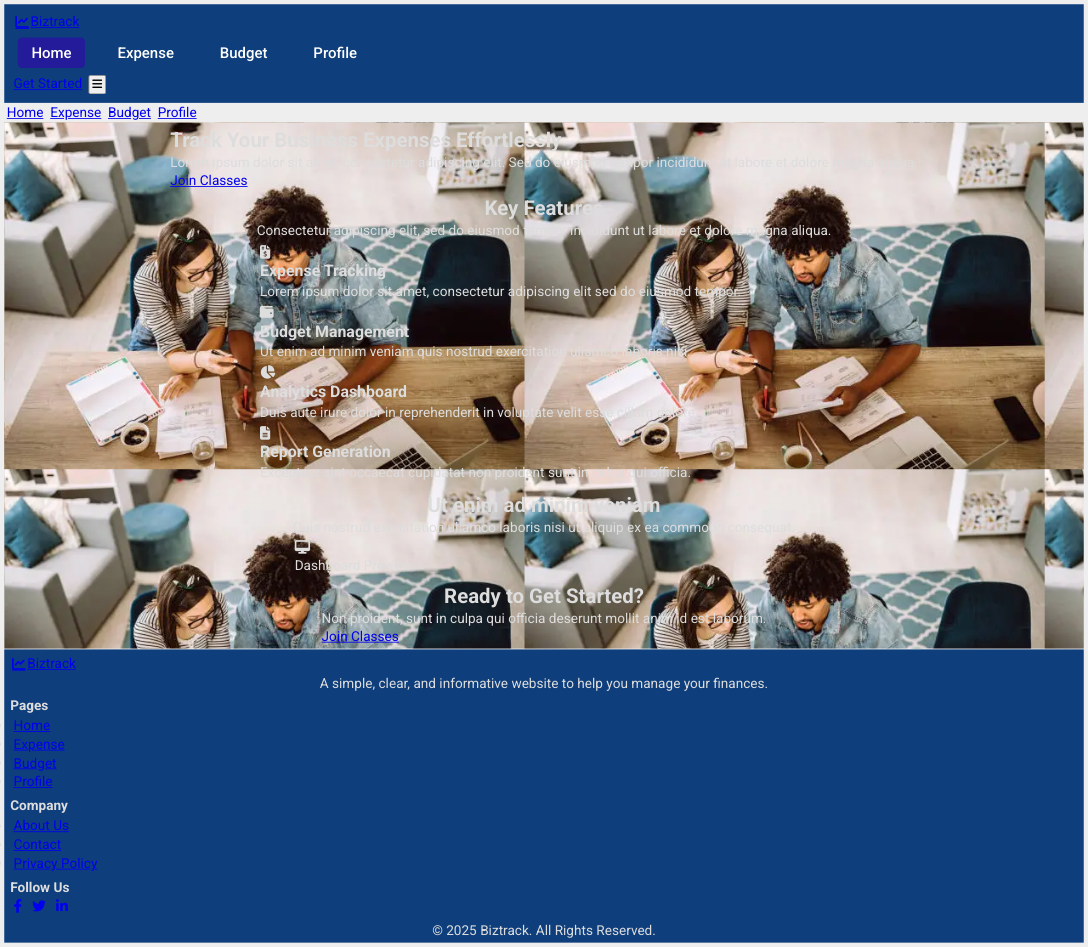
Repository: JoyUdoh106/wdd131
Page: project/index.html
An editor plug-in stored every save of this project. The page is shown before and after the next save, followed by the edit.
The browser window is 1280 px wide. The pictures show the whole page, at 85% of full size.

Above is the page before, as saved 2025-08-10 18:41:08.
Console error: TypeError: Cannot set properties of null (setting 'textContent')

After the next save:
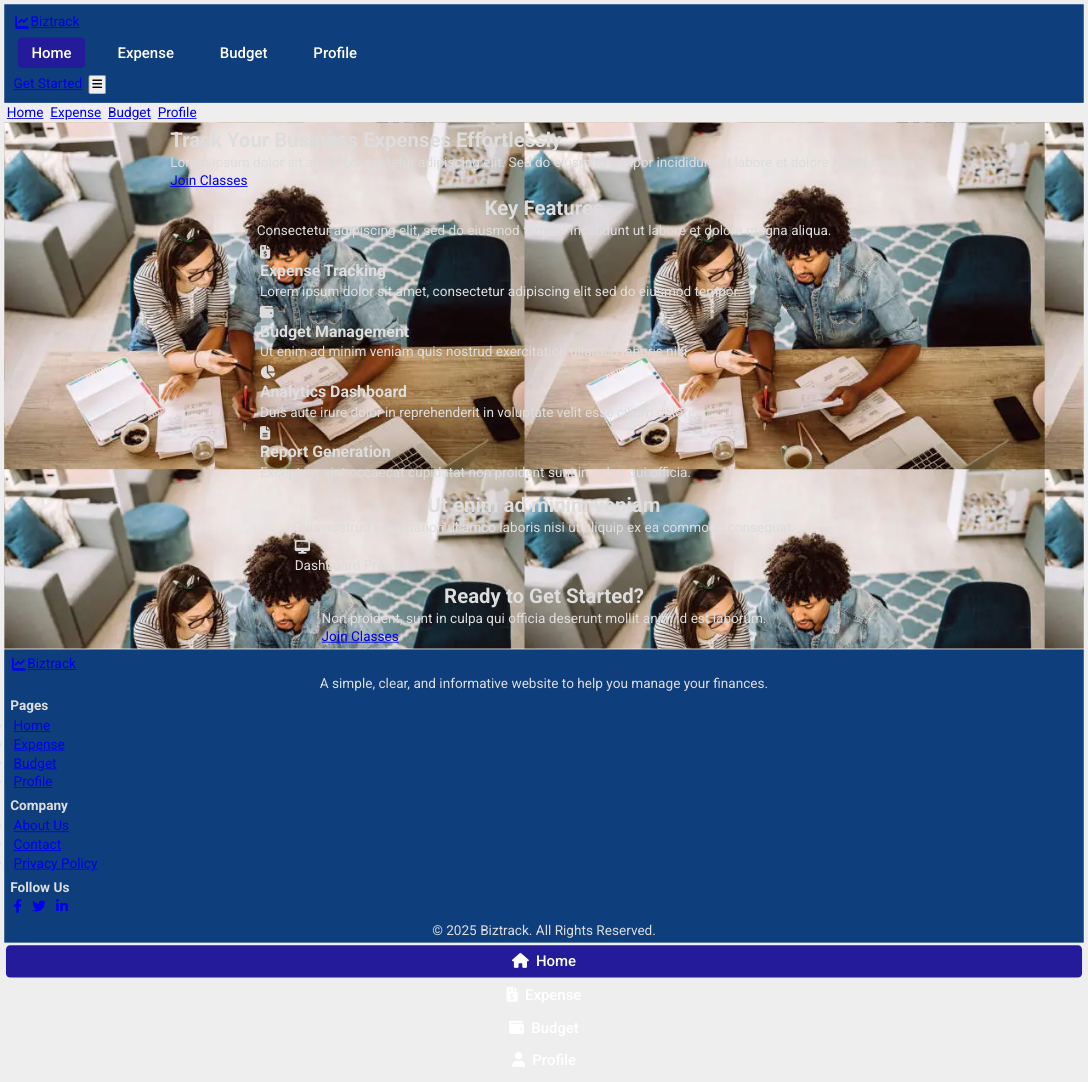
Saved 21 s later.
--- a/project/index.html
+++ b/project/index.html
@@ -135,5 +135,25 @@
             <p>&copy; 2025 Biztrack. All Rights Reserved.</p>
         </div>
     </footer>
+
+    <nav class="mobile-bottom-nav">
+        <a href="index.html" class="bottom-nav-link active">
+            <i class="fas fa-home"></i>
+            <span>Home</span>
+        </a>
+        <a href="expense.html" class="bottom-nav-link">
+            <i class="fas fa-file-invoice-dollar"></i>
+            <span>Expense</span>
+        </a>
+        <a href="budget.html" class="bottom-nav-link">
+            <i class="fas fa-wallet"></i>
+            <span>Budget</span>
+        </a>
+        <a href="profile.html" class="bottom-nav-link">
+            <i class="fas fa-user"></i>
+            <span>Profile</span>
+        </a>
+    </nav>
+
 </body>
 </html>
